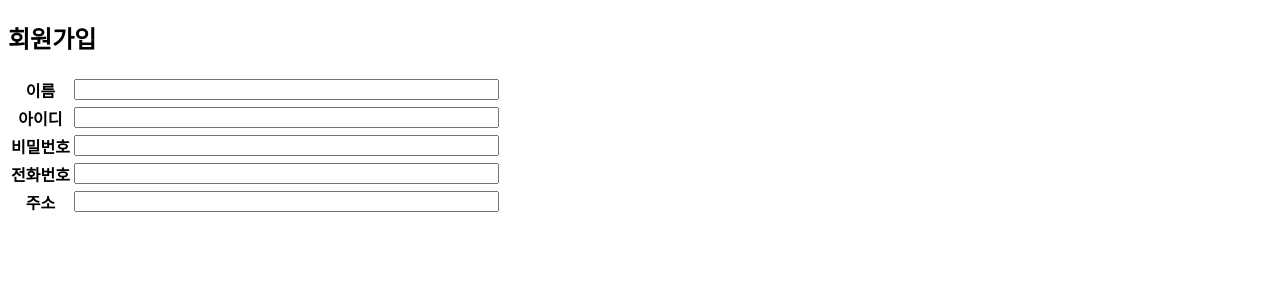
Repository: johwon/jspStudy
Page: jspStudy/src/main/webapp/member/member.html
An editor plug-in stored every save of this project. The page is shown before and after the next save, followed by the edit.
The browser window is 1280 px wide. The pictures show the whole page.

Above is the page before, as saved 2024-12-03 07:46:19.

### jspStudy/src/main/webapp/member/member.html
<!DOCTYPE html>
<html>
<head>
<meta charset="UTF-8">
<title>회원가입</title>
</head>
<style>
form{
	margin: 0 auto;
}
</style>
<body>
	<h2>회원가입</h2>
	<form method="post" , action="MemberInsert"></form>
	<table>
		<tr>
			<th>이름</th>
			<td><input type="text" name="writer" size="50"></td>
		</tr>
		<tr>
			<th>아이디</th>
			<td><input type="text" name="writer" size="50"></td>
		</tr>
		<tr>
			<th>비밀번호</th>
			<td><input type="password" name="writer" size="50"></td>
		</tr>
		<tr>
			<th>전화번호</th>
			<td><input type="text" name="writer" size="50"></td>
		</tr>
		<tr>
			<th>주소</th>
			<td><input type="text" name="writer" size="50"></td>
		</tr>

	</table>

</body>
</html>

After the next save:
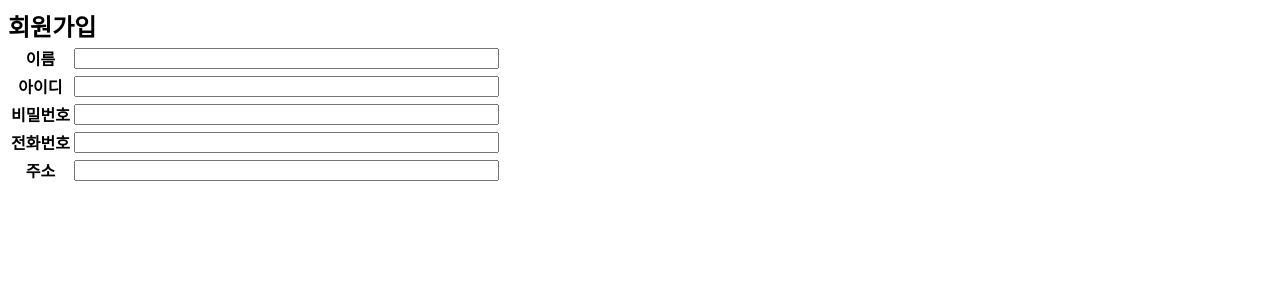
Saved 19 s later.
--- a/jspStudy/src/main/webapp/member/member.html
+++ b/jspStudy/src/main/webapp/member/member.html
@@ -5,7 +5,7 @@
 <title>회원가입</title>
 </head>
 <style>
-form{
+h2{
 	margin: 0 auto;
 }
 </style>
